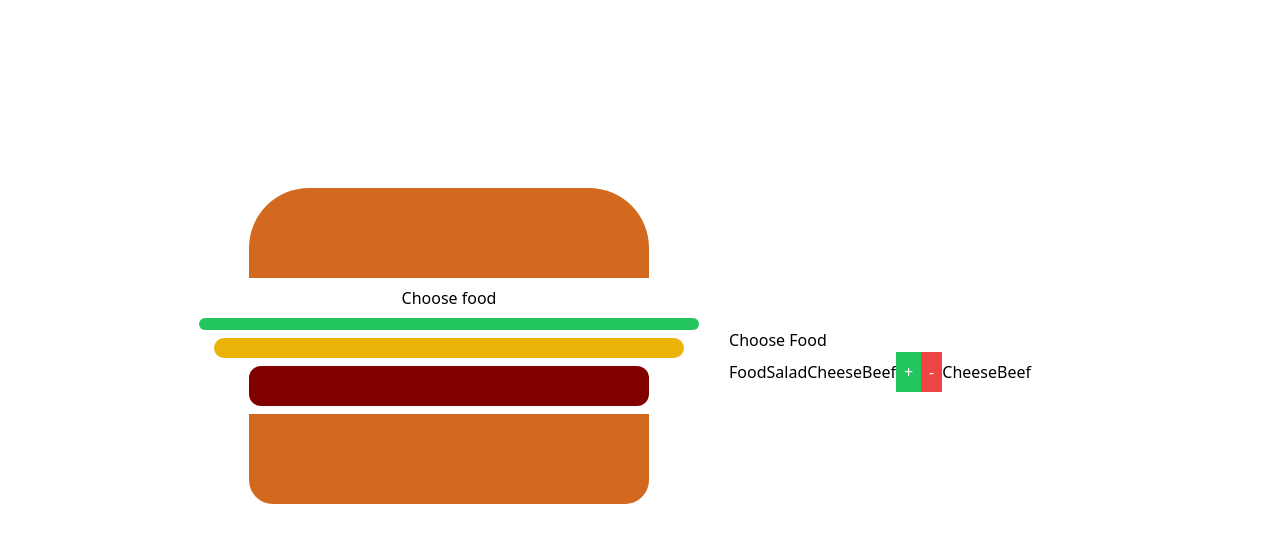
Repository: baobaodeveloper/bootcamp21_HuynhAnhBao_Burger
Page: /
An editor plug-in stored every save of this project. The page is shown before and after the next save, followed by the edit.
The browser window is 1280 px wide. The pictures show the whole page.
The project was rebuilt for these pictures with package versions that can differ from the ones it lists, and the page was loaded fresh each time. Also part of the build but not shown: vite.config.js.

Above is the page before, as saved 2022-05-15 16:57:06.

After the next save:
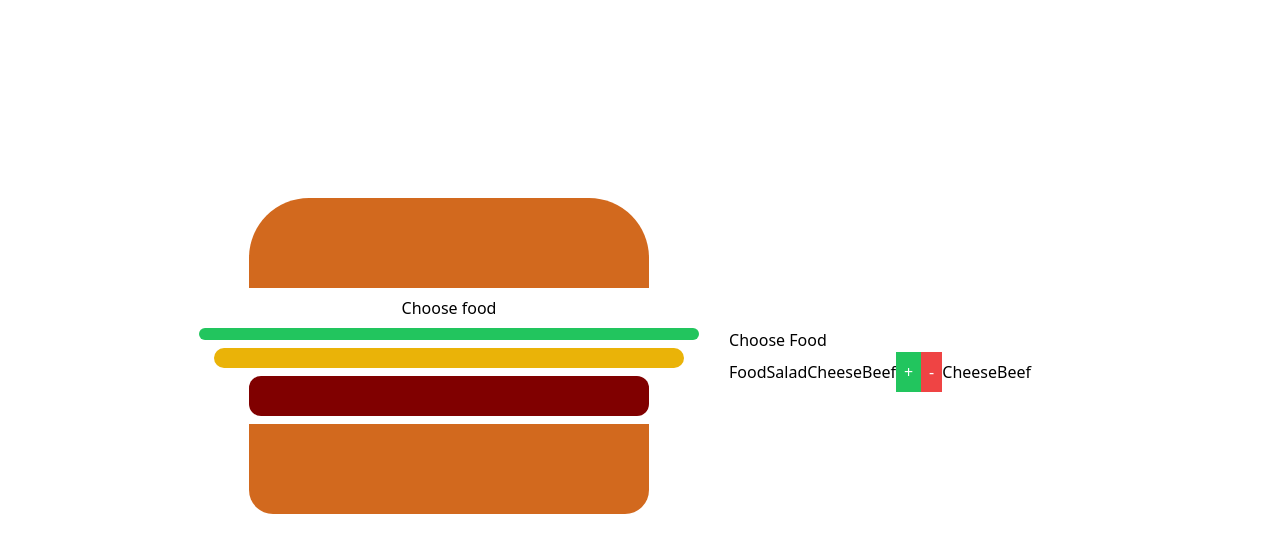
Saved 69 s later.
--- a/src/components/Burger.jsx
+++ b/src/components/Burger.jsx
@@ -5,7 +5,7 @@ export default function Burger() {
     <div>
       <div className="flex items-center gap-x-20  w-screen h-screen mx-auto justify-center">
         <div className="flex flex-col justify-center items-center gap-y-2 w-[400px]">
-          <h2>Store Burger</h2>
+          <h2 className="mb-5">Store Burger</h2>
           <div className="bg-[#D2691E] w-full h-[30px] relative">
             <div className="bg-[#D2691E] w-full h-[60px] absolute top-0 left-0 -translate-y-[60px] rounded-tl-full rounded-tr-full"></div>
           </div>
